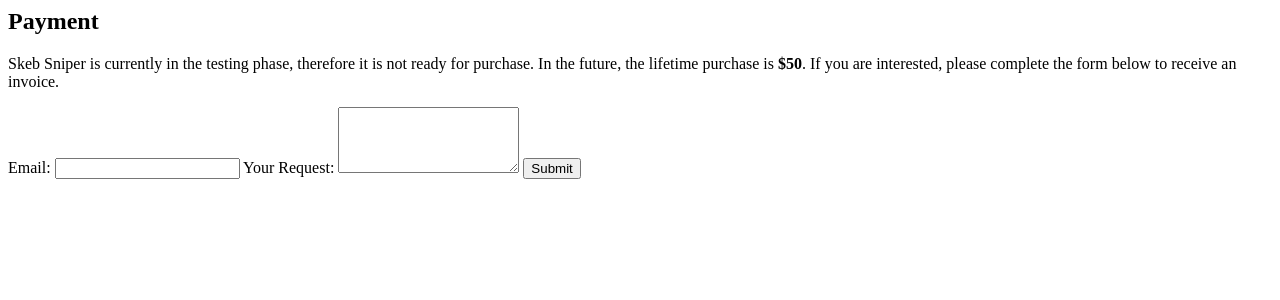
Repository: LuckyWah/kasorashibainu.com
Page: payment.html
An editor plug-in stored every save of this project. The page is shown before and after the next save, followed by the edit.
The browser window is 1280 px wide. The pictures show the whole page.

Above is the page before, as saved 2025-03-08 20:08:20.

### payment.html
<div id="payment" class="tabcontent">
  <div class="info-section">
      <h2>Payment</h2>
      <p>Skeb Sniper is currently in the testing phase, therefore it is not ready for purchase. In the future, the lifetime purchase is <strong>$50</strong>. If you are interested, please complete the form below to receive an invoice.</p>
      <form id="paymentForm" action="https://formspree.io/f/myzkjbda" method="POST">
          <label for="email">Email:</label>
          <input type="email" id="email" name="email" required>
          <label for="request">Your Request:</label>
          <textarea id="request" name="request" rows="4" style="resize: vertical;" required></textarea>
          <button type="submit">Submit</button>
      </form>
      <p id="paymentResponse" style="text-align:center; font-weight:500;"></p>
  </div>
</div>

After the next save:
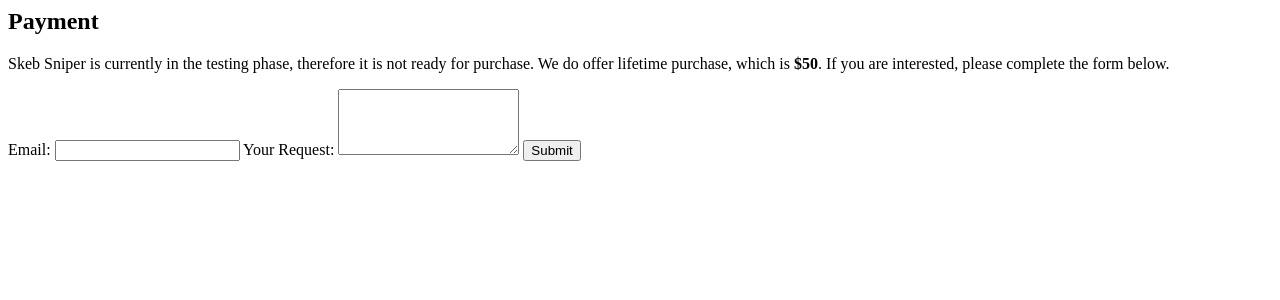
Saved 33 s later.
--- a/payment.html
+++ b/payment.html
@@ -1,7 +1,7 @@
 <div id="payment" class="tabcontent">
   <div class="info-section">
       <h2>Payment</h2>
-      <p>Skeb Sniper is currently in the testing phase, therefore it is not ready for purchase. In the future, the lifetime purchase is <strong>$50</strong>. If you are interested, please complete the form below to receive an invoice.</p>
+      <p>Skeb Sniper is currently in the testing phase, therefore it is not ready for purchase. We do offer lifetime purchase, which is <strong>$50</strong>. If you are interested, please complete the form below.</p>
       <form id="paymentForm" action="https://formspree.io/f/myzkjbda" method="POST">
           <label for="email">Email:</label>
           <input type="email" id="email" name="email" required>
